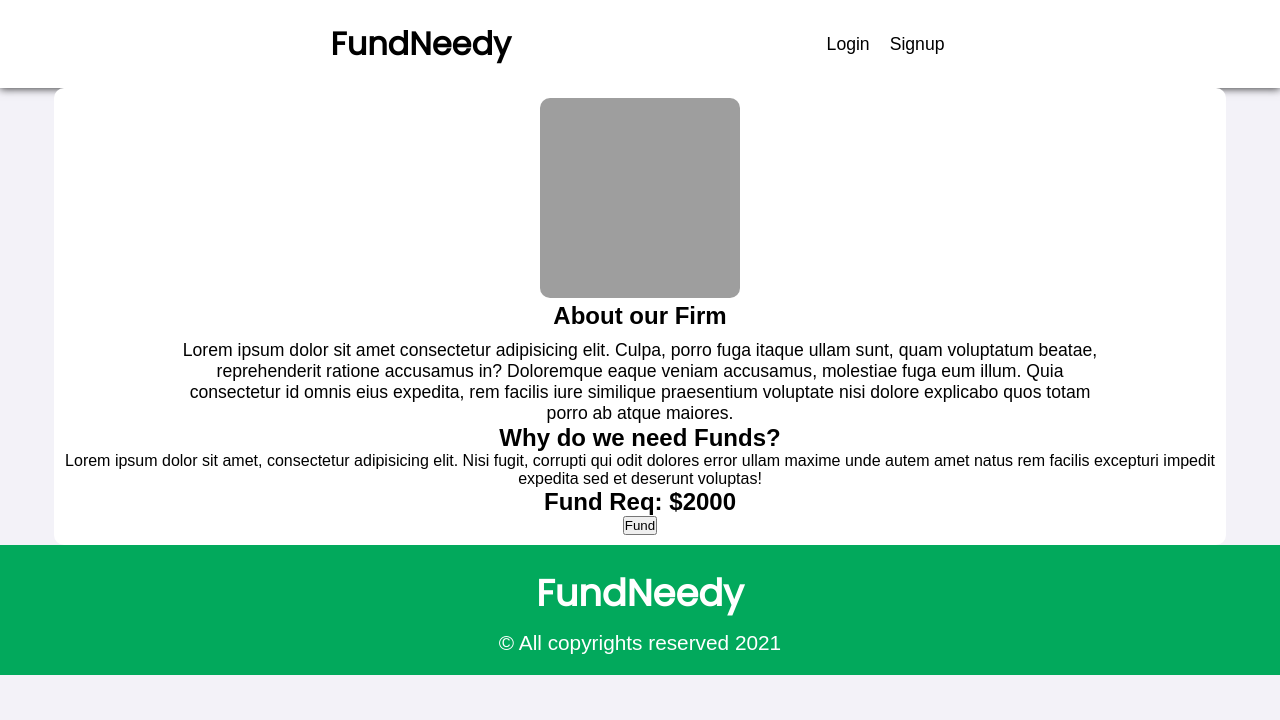
Repository: osdc/codejam
Page: /firmname (app in sassy-sandwiches/fund-needy/)
These files come from the project's save history. The page is drawn as it stood at one moment and after the next save; the edit follows.
The browser window is 1280 px wide. The pictures show the whole page.
Pictures or frames that could not be fetched are drawn as grey boxes. The project was rebuilt for these pictures with package versions that can differ from the ones it lists, and the page was loaded fresh each time. Also part of the build but not shown: sassy-sandwiches/fund-needy/src/Showcase.css, sassy-sandwiches/fund-needy/src/Showcase.js, sassy-sandwiches/fund-needy/src/Needies.css, sassy-sandwiches/fund-needy/src/Needy.css, sassy-sandwiches/fund-needy/src/Needy.js, sassy-sandwiches/fund-needy/src/Needies.js.

Above is the page before, as saved 2021-01-09 22:18:47.

### sassy-sandwiches/fund-needy/public/index.html
<!DOCTYPE html>
<html lang="en">
  <head>
    <meta charset="utf-8" />
    <link rel="icon" href="%PUBLIC_URL%/favicon.ico" />
    <meta name="viewport" content="width=device-width, initial-scale=1" />
    <meta name="theme-color" content="#000000" />
    <meta
      name="description"
      content="Web site created using create-react-app"
    />
    <link rel="apple-touch-icon" href="%PUBLIC_URL%/logo192.png" />
    <link rel="manifest" href="%PUBLIC_URL%/manifest.json" />
    <title>FundNeedy</title>
  </head>
  <body>
    <noscript>You need to enable JavaScript to run this app.</noscript>
    <div id="root"></div>
  </body>
</html>

### sassy-sandwiches/fund-needy/src/App.js
import React from "react";
import "./App.css";
import Navbar from "./Navbar";
import Showcase from "./Showcase";
import Needies from "./Needies";
import Footer from "./Footer";
import { BrowserRouter as Router, Route, Switch } from "react-router-dom";
import FirmFund from "./FirmFund";

function App() {
  return (
    <div className="App">
      <Router>
        <Navbar />
        <Switch>
          <Route exact path="/" component={Showcase} />
          <Route path="/needies" component={Needies} />
          <Route path="/firmname" component={FirmFund} />
        </Switch>
        <Footer />
      </Router>
    </div>
  );
}

export default App;

### sassy-sandwiches/fund-needy/src/App.css
* {
  margin: 0;
  padding: 0;
  font-family: Arial, Helvetica, sans-serif;
}

body {
  background-color: #f3f2f8;
}

### sassy-sandwiches/fund-needy/src/Navbar.js
import React from "react";
import "./Navbar.css";

function Navbar() {
  return (
    <div className="navbar">
      <div className="navbar_logo">
        <h1>FundNeedy</h1>
      </div>
      <div className="navbar_login_signup">
        <button>Login</button>
        <button>Signup</button>
      </div>
    </div>
  );
}

export default Navbar;

### sassy-sandwiches/fund-needy/src/Footer.js
import React from "react";
import "./Footer.css";

function Footer() {
  return (
    <div className="footer">
      <h1>FundNeedy</h1>
      <p>© All copyrights reserved 2021</p>
    </div>
  );
}

export default Footer;

### sassy-sandwiches/fund-needy/src/FirmFund.js
import React from "react";
import "./FirmFund.css";

function FirmFund() {
  return (
    <div className="firmFund">
      <div className="firmFund_image">
        <img
          src="https://i.pinimg.com/originals/ba/fc/15/bafc1525cef9606c5c064694ca8e60fb.jpg"
          alt=""
        />
      </div>
      <div className="firmFund_about">
        <h2>About our Firm</h2>
        <p>
          Lorem ipsum dolor sit amet consectetur adipisicing elit. Culpa, porro
          fuga itaque ullam sunt, quam voluptatum beatae, reprehenderit ratione
          accusamus in? Doloremque eaque veniam accusamus, molestiae fuga eum
          illum. Quia consectetur id omnis eius expedita, rem facilis iure
          similique praesentium voluptate nisi dolore explicabo quos totam porro
          ab atque maiores.
        </p>
      </div>
      <div className="firmFund_need">
        <h2>Why do we need Funds?</h2>
        <p>
          Lorem ipsum dolor sit amet, consectetur adipisicing elit. Nisi fugit,
          corrupti qui odit dolores error ullam maxime unde autem amet natus rem
          facilis excepturi impedit expedita sed et deserunt voluptas!
        </p>
      </div>
      <div className="firmFund_fund">
        <h2>Fund Req: $2000</h2>
        <button>Fund</button>
      </div>
    </div>
  );
}

export default FirmFund;

### sassy-sandwiches/fund-needy/src/Navbar.css
@import url("https://fonts.googleapis.com/css2?family=Poppins&display=swap");

.navbar {
  display: flex;
  align-items: center;
  justify-content: space-evenly;
  padding: 20px;
  -webkit-box-shadow: 0px 1px 8px 0px rgba(0, 0, 0, 0.75);
  -moz-box-shadow: 0px 1px 8px 0px rgba(0, 0, 0, 0.75);
  box-shadow: 0px 1px 8px 0px rgba(0, 0, 0, 0.75);
  background-color: #fff;
  /* position: sticky; */
  top: 0;
  z-index: 10000;
}

.navbar_logo > h1 {
  font-family: "Poppins", sans-serif;
}

.navbar_login_signup {
  display: flex;
  align-items: center;
  justify-content: space-between;
}

.navbar_login_signup > button:nth-of-type(1) {
  margin-right: 10px;
}

.navbar_login_signup > button {
  padding: 5px;
  font-size: 1.1rem;
  outline: none;
  border: none;
  background-color: #fff;
  cursor: pointer;
  width: 100%;
}

### sassy-sandwiches/fund-needy/src/Footer.css
.footer {
  text-align: center;
  background-color: #02a95c;
  color: #fff;
  padding: 20px;
}

.footer > h1 {
  font-size: 2.3rem;
  font-family: "Poppins";
}

.footer > p {
  font-size: 1.3rem;
  font-weight: 400;
  margin-top: 10px;
}

### sassy-sandwiches/fund-needy/src/FirmFund.css
.firmFund {
  text-align: center;
  background-color: #fff;
  padding: 10px;
  width: 90%;
  margin: auto;
  border-radius: 10px;
}

.firmFund_image > img {
  height: 200px;
  width: 200px;
  border-radius: 10px;
}

.firmFund_about > p {
  width: 80%;
  margin: auto;
  font-size: 1.1rem;
  margin-top: 10px;
}

.firmFund_about {
}

Loaded but not shown: sassy-sandwiches/fund-needy/src/index.js (common file); sassy-sandwiches/fund-needy/src/index.css (common file)

After the next save:
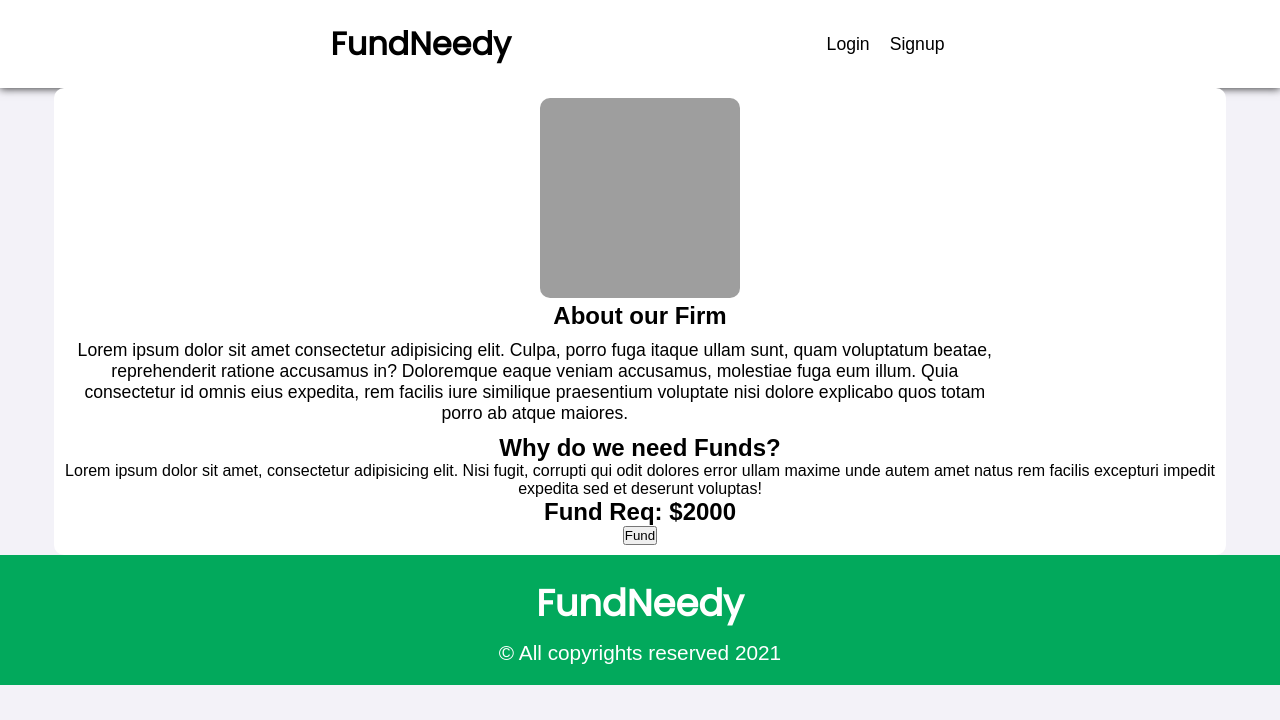
Saved 5 s later.
--- a/sassy-sandwiches/fund-needy/src/FirmFund.css
+++ b/sassy-sandwiches/fund-needy/src/FirmFund.css
@@ -17,7 +17,7 @@
   width: 80%;
   margin: auto;
   font-size: 1.1rem;
-  margin-top: 10px;
+  margin: 10px;
 }
 
 .firmFund_about {
